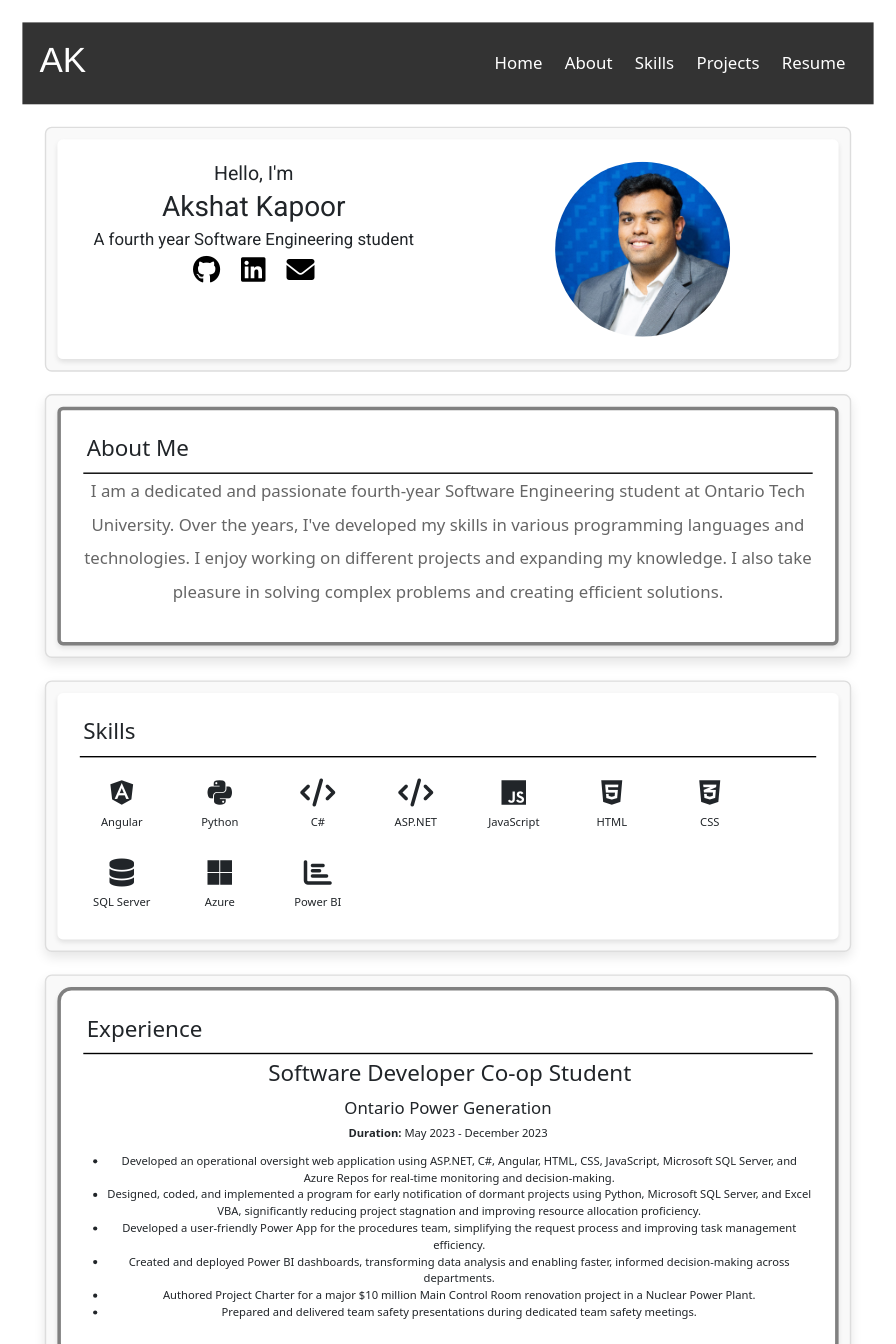
Repository: AkshatKapo/My-Portfolio
Page: /
These files come from the project's save history. The page is drawn as it stood at one moment and after a run of saves; the edit follows.
The browser window is 1280 px wide. The pictures show the part of the page from y = 0 to 1920 px (the page is 3269 px tall), at 70% of full size.
The project was rebuilt for these pictures with package versions that can differ from the ones it lists, and the page was loaded fresh each time. Also part of the build but not shown: vite.config.js.

Above is the page before, as saved 2024-06-18 09:54:52.

### index.html
<!DOCTYPE html>
<html lang="en">
  <head>
    <meta charset="UTF-8" />
    <link rel="stylesheet" href="https://cdnjs.cloudflare.com/ajax/libs/font-awesome/6.0.0-beta3/css/all.min.css">
    <link rel="stylesheet" href="https://maxcdn.bootstrapcdn.com/bootstrap/4.5.2/css/bootstrap.min.css">

    <meta name="viewport" content="width=device-width, initial-scale=1.0" />
    <title>Vite + React</title>
  </head>
  <body>
    <div id="root"></div>
    <script type="module" src="/src/main.jsx"></script>
  </body>
</html>

### src/main.jsx
import React from 'react'
import ReactDOM from 'react-dom/client'
import App from './App'
import './index.css'
import 'bootstrap/dist/css/bootstrap.min.css';


ReactDOM.createRoot(document.getElementById('root')).render(
  <React.StrictMode>
    <App />
  </React.StrictMode>,
)

### src/App.jsx
import { useEffect } from 'react';
import './App.css';
import Header from './components/Header';
import Home from './components/Home';
import About from './components/About';
import Experience from './components/Experience'; // Corrected import path
import Projects from './components/projects';
import Contact from './components/Contact';
import Skill from './components/skill'
function App() {
  useEffect(() => {
    function reveal() {
      let reveals = document.querySelectorAll(".reveal");// stores all the elements with class reveal into an array

      for (var i = 0; i < reveals.length; i++) { // iterates through reveals array, takes the each element with class reveals
        let windowHeight = window.innerHeight; // gets the height of the view port
        let elementTop = reveals[i].getBoundingClientRect().top;// gets the postion of the element relative to the view port
        let sectionHeight = reveals[i].offsetHeight;// calculates the hieght of the element
        let elementVisible = windowHeight - elementTop > 0 ? windowHeight - elementTop : 0;// calculates the porton  of the element visible(Dstance between the top of the view port  and bottom of visible part of  the element)
        let visibilityRatio = elementVisible / sectionHeight; // Fraction of the element visible

        if (visibilityRatio > 0.5) {  // if the visibility ratio is greater than half then it will make it visible
          reveals[i].classList.add("active");// add class actve to the element to make it visible
        } else { // if its less than 0.5 than it wll not display it or remove the class
          reveals[i].classList.remove("active");
        }
      }
    }

    window.addEventListener("scroll", reveal);// Add scroll as event listenere because wewe want to dsplay elements as user scrolls down

    // Call reveal initially to check the visibility of elements when the component mounts
    reveal();

    // Cleanup function to remove event listener when component unmounts
    return () => {
      window.removeEventListener("scroll", reveal);
    };
  }, []);


  return (
    <div>
      <Header />
      <Home />
      <About />
      <Skill />
      <Experience />
      <Projects />
      <Contact />

    </div>
  );
}

export default App;

/*
Mount: useEffect runs, reveal function defined and called, scroll event listener added.
Scroll: Each scroll triggers the reveal function to recalculate and update element visibility.
Unmount: Cleanup function removes the scroll event listener.
*/

### src/index.css
body {
    font-family: 'Segoe UI', Tahoma, Geneva, Verdana, sans-serif;
    background-color:#ccddff;
    color:black;
    margin: 0;
    padding: 0;
  }


  #root {
    display: flex;
    flex-direction: column;
    min-height: 100vh;
  }

### src/App.css
#root {
  max-width: 1280px;
  margin: 0 auto;
  padding: 2rem;
  text-align: center;
}
.reveal {
  opacity: 0;
  transform: translateY(100px);
  transition: opacity 0.6s ease-out, transform 0.6s ease-out;
}

.reveal.active {
  opacity: 1;
  transform: translateY(0);
}

### src/components/Header.jsx
import React from 'react'
import './Header.css'

const Header = () => {
  return (
    <header>
      <h1 className='title'>AK</h1>
      <nav>
        <ul>
          <li><a href="#home">Home</a></li>
          <li><a href="#about">About</a></li>
          <li><a href="#skills">Skills</a></li>
          <li><a href="#projects">Projects</a></li>
          <li><a href="/Akshat_Kapoor_Resume.pdf">Resume</a></li>
        </ul>
      </nav>
    </header>
  )
}

export default Header

### src/components/Home.jsx
import React from "react";
import "./Home.css";

const Home = () => {
  return (
    <div className="reveal">
      <section id="home">
        <div className="home-content">
          <div className="text-content">
            <h3>Hello, I'm</h3>
            <h1>Akshat Kapoor</h1>
            <h4>A fourth year Software Engineering student</h4>
            <div className="social-icons">
              <a href="https://github.com/yourusername" target="_blank" rel="noopener noreferrer">
                <i className="fab fa-github"></i>
              </a>
              <a href="https://www.linkedin.com/in/yourusername" target="_blank" rel="noopener noreferrer">
                <i className="fab fa-linkedin"></i>
              </a>
              <a href="mailto:youremail@gmail.com" target="_blank" rel="noopener noreferrer">
                <i className="fas fa-envelope"></i>
              </a>
            </div>

          </div>
          <div className="line1"></div>

          <div className="image-content">
            <img
              src="/assets/images/1666144074188.jpeg"
              alt="Akshat Kapoor"
              className="profile-image"
            />
          </div>
        </div>
      </section>
    </div>
  );
};

export default Home;

### src/components/About.jsx
import React from 'react';
import './About.css';

function About() {
  return (
    <section id="about">
      <div id='about-content'>
       <h2>About Me</h2>
       <div className='seperator'>


       </div>
       <p>I am a dedicated and passionate fourth-year Software Engineering student at Ontario Tech University. Over the years, I've developed my skills in various programming languages and technologies. I enjoy working on different projects and expanding my knowledge. I also take pleasure in solving complex problems and creating efficient solutions. </p>
      </div>
    </section>
  );
}

export default About;

### src/components/Experience.jsx
import React from 'react'
import './Experience.css'

const Experience = () => {
  return (
    <div className="reveal">
      <section id="experience">
        <div id="experience-content">
          <h2>Experience</h2>
          <div className="divider1"></div>
          <div>
            <h3>Software Developer Co-op Student</h3>
            <h4>Ontario Power Generation</h4>
            <p>
              <strong>Duration:</strong> May 2023 - December 2023
            </p>
            <ul>
              <li>Developed an operational oversight web application using ASP.NET, C#, Angular, HTML, CSS, JavaScript, Microsoft SQL Server, and Azure Repos for real-time monitoring and decision-making.</li>
              <li>Designed, coded, and implemented a program for early notification of dormant projects using Python, Microsoft SQL Server, and Excel VBA, significantly reducing project stagnation and improving resource allocation proficiency.</li>
              <li>Developed a user-friendly Power App for the procedures team, simplifying the request process and improving task management efficiency.</li>
              <li>Created and deployed Power BI dashboards, transforming data analysis and enabling faster, informed decision-making across departments.</li>
              <li>Authored Project Charter for a major $10 million Main Control Room renovation project in a Nuclear Power Plant.</li>
              <li>Prepared and delivered team safety presentations during dedicated team safety meetings.</li>
            </ul>
          </div>
        </div>
      </section>
    </div>
  )
}

export default Experience

### src/components/projects.jsx
import React from "react";
import "./projects.css";

const projects = () => {
  return (
    <section id="projects">
      <div class="project-list">
        <h2>Projects</h2>
        <div className="seperator"></div>
        <div class="project-row">
          <div class="project">
            <h3>Digit Recognizer</h3>
            <img src="/assets/images/image.jpg"></img>
            <p>
              Developed a PyTorch-based neural network with a four-layer
              feedforward architecture to classify MNIST handwritten digits
              using Python programming language and Machine learning methods.
            </p>
            <a href="/Machine_Learning_Project.pdf" class="Projectbutton">
              View Report
            </a>
            <a href="link-to-project1" class="Projectbutton2">
              View Project
            </a>
          </div>
          <div class="project">
            <h3>Next-Day Date Calculation: Java Test Case Design </h3>
            <img src="/assets/images/date.jpg"></img>
            <p>
              Developed a Java program for next-day date calculation, leveraging
              JUnit for systematic testing.{" "}
            </p>
            <a href="/100781511_Akshat_Kapoor_TestDesignAssignment_NextDate.pdf" class="Projectbutton">
              View Report
            </a>
            <a href="link-to-project1" class="Projectbutton2">
              View Project
            </a>
          </div>
        </div>
        <div class="project-row">
          <div class="project">
            <h3>Camera Motoin Sensor System</h3>
            <img src="/assets/images/moton sensor.jpg"></img>
            <p>
              Developed a software project management project related to a
              camera motion sensor system, which includes creating project plans and techncal documents.
            </p>
            <a href="/SPM_Project.pdf" class="Projectbutton">
              View Report
            </a>
            <a href="link-to-project1" class="Projectbutton2">
              View Project
            </a>
          </div>
          <div class="project">
            <h3>Course Registeration Website</h3>
            <img src="/assets/images/coursespage.jpg"></img>
            <p>
              Developed a university course registration website,
              meeting deadlines and objectives using HTML, CSS, JavaScript,
              Bootstrap, PHP, and SQL for design and functionality.
            </p>
            <a href="/Data_Report.pdf" class="Projectbutton">
              View Report
            </a>
            <a href="link-to-project1" class="Projectbutton2">
              View Project
            </a>
          </div>
        </div>
      </div>
    </section>
  );
};

export default projects;

### src/components/Contact.jsx
import React from "react";
import "./Contact.css";

const Contact = () => {
  return (
    <footer id="footer">
      <div className="footer-content">
        <ul className="footer-icons">
          <li>
            <a
              href="https://github.com/yourusername"
              target="_blank"
              rel="noopener noreferrer"
            >
              <i className="fab fa-github"></i>
            </a>
          </li>
          <li>
            <a
              href="https://www.linkedin.com/in/yourusername"
              target="_blank"
              rel="noopener noreferrer"
            >
              <i className="fab fa-linkedin"></i>
            </a>
          </li>
          <li>
            <a
              href="mailto:youremail@gmail.com"
              target="_blank"
              rel="noopener noreferrer"
            >
              <i className="fas fa-envelope"></i>
            </a>
          </li>
        </ul>

      </div>
      <p className="footer-copy">© 2024 Akshat Kapoor</p>
    </footer>
  );
};

export default Contact;

### src/components/skill.jsx
import React from 'react'
import './skill.css'

const skills = [
    { name: "Angular", icon: "fab fa-angular" },
    { name: "Python", icon: "fab fa-python" },
    { name: "C#", icon: "fas fa-code" },
    { name: "ASP.NET", icon: "fas fa-code" },
    { name: "JavaScript", icon: "fab fa-js" },
    { name: "HTML", icon: "fab fa-html5" },
    { name: "CSS", icon: "fab fa-css3-alt" },
    { name: "SQL Server", icon: "fas fa-database" },
    { name: "Azure", icon: "fab fa-microsoft" },
    { name: "Power BI", icon: "fas fa-chart-bar" },
  ];

function skill() {
  return (
    <div className="reveal">
      <section id="skills">
        <div className="skills-content">
          <h2>Skills</h2>
          <div className="separator"></div>
          <div className="skills-list">
            {skills.map((skill) => (
              <div className="skill" key={skill.name}>
                <i className={skill.icon}></i>
                <p>{skill.name}</p>
              </div>
            ))}
          </div>
        </div>
      </section>
    </div>
  )
}

export default skill

### src/components/Header.css
header {
  background-color: #333;
  color: white;
  padding: 2%;
  display: flex;
  justify-content: space-between;
  align-items: center;

    /* text-align: center; */
  }
  .title {
    font-family: 'Helvetica', sans-serif;
    font-size: 50px;
    background:white;
    -webkit-background-clip: text;
    color: transparent;
  }


  nav ul {
    list-style-type: none;
    padding: 0;
    margin: 0;
    display: flex;
  }

  nav ul li {
    margin: 0 1rem;
  }

  nav ul li a {
    color: white;
    text-decoration: none;
    font-size: 150%;
  }

### src/components/Home.css
@import url('https://fonts.googleapis.com/css2?family=Roboto:wght@300;400;700&display=swap');

#home {
  padding: 1rem;
  display: flex;
  justify-content: center;
  align-items: center;
  background-color: #f9f9f9;
  border: 2px solid #ddd; /* Light border */
  border-radius: 10px; /* Rounded corners */
  margin: 2rem; /* Margin to ensure it doesn’t touch the edges of the container */
}

.home-content {
  display: flex;
  justify-content: space-between;
  width: 100%;
  max-width: 1200px; /* Adjust the max-width as needed */
  background: #fff; /* Background for the content */
  padding: 2rem; /* Padding around the content */
  box-shadow: 0 4px 8px rgba(0, 0, 0, 0.1); /* Shadow for styling */
  border-radius: 8px; /* Rounded corners */

}

.text-content {
  flex: 1;
  padding-right: 1rem;
  font-family: 'Roboto', sans-serif;
}

.text-content h2 {
  font-size: 2.5rem; /* Adjust the font size as needed */
  font-weight: 900;
  color: #333;
  margin-bottom: 1rem;
}

.text-content p {
  font-size: 1rem; /* Adjust the font size as needed */
  line-height: 1.6; /* Adjust the line height as needed */
  color: #666;
  font-weight: 300;
}

.image-content {
  flex: 1;
  display: flex;
  justify-content: center;
}

.profile-image {
  width: 250px;
  height: 250px;
  border-radius: 50%;
  object-fit: cover;
}

.social-icons {
  display: flex;
  gap: 30px; /* Adjust the spacing between icons */
  justify-content: center;
}

.social-icons a {
  color: #000; /* Change the color if needed */
  text-decoration: none;
}

.social-icons .icon {
  width: 40px; /* Adjust the size of the icons */
  height: 40px; /* Adjust the size of the icons */
}

.social-icons i {
  font-size: 40px; /* Adjust the size of the font-awesome icons */
}

/* Add hover effect if desired */
.social-icons a:hover {
  opacity: 0.7; /* Example hover effect */
}

.line1 {
  border-left: 2px solid black;
  height: 100%; /* Set to the desired height */
  margin: 0 20px; /* Adjust as needed to create space around the line */
}

### src/components/About.css
#about {
  padding: 1rem;
  display: flex;
  background-color: #f9f9f9;
  border: 2px solid #ddd; /* Light border */
  border-radius: 10px; /* Rounded corners */
  box-shadow: 0 8px 16px rgba(0, 0, 0, 0.1); /* Shadow for depth */
  margin: 2rem; /* Margin to ensure it doesn’t touch the edges of the container */



}
#about-content {
  display: table-column;
  justify-content: space-between;
  width: 100%;
  max-width: 1200px; /* Adjust the max-width as needed */
  background: #fff; /* Background for the content */
  padding: 2rem; /* Padding around the content */
  box-shadow: 0 4px 8px rgba(0, 0, 0, 0.1); /* Shadow for styling */
  border-radius: 8px; /* Rounded corners */
}


#about h2 {
  font-size: 2rem;
  text-align: left; /* This will align the heading to the left */
  margin-bottom: 1rem; /* Adding some space between the heading and the paragraph */
  margin-top: 0.2rem;
  margin-left: 0.3rem;


}
.seperator {
  border-top: 2px solid black;
  width: 100%; /* Adjust as needed */
  margin: 20px 3; /* Adjust as needed */
}

#about p {
  font-size: 1.5rem; /* Adjust the font size as needed */
  line-height: 2; /* Adjust the line height as needed */
  color: #666;
  font-weight: 300;
  }
#about {
  padding: 1rem;
  display: flex;
  background-color: #f9f9f9;
  border: 2px solid #ddd; /* Light border */
  border-radius: 10px; /* Rounded corners */
  box-shadow: 0 8px 16px rgba(0, 0, 0, 0.1); /* Shadow for depth */
  margin: 2rem; /* Margin to ensure it doesn’t touch the edges of the container */



}
#about-content {
  display: table-column;
  justify-content: space-between;
  width: 100%;
  max-width: 1200px; /* Adjust the max-width as needed */
  background: #fff; /* Background for the content */
  padding: 2rem; /* Padding around the content */
  box-shadow: 0 4px 8px rgba(0, 0, 0, 0.1); /* Shadow for styling */
  border-radius: 8px; /* Rounded corners */
  border: 5px solid grey

}


#about h2 {
  font-size: 2rem;
  text-align: left; /* This will align the heading to the left */
  margin-bottom: 1rem; /* Adding some space between the heading and the paragraph */
  margin-top: 0.2rem;
  margin-left: 0.3rem;


}
.seperator {
  border-top: 2px solid black;
  width: 100%; /* Adjust as needed */
  margin: 20px 3; /* Adjust as needed */
}

#about p {
  font-size: 1.5rem; /* Adjust the font size as needed */
  line-height: 2; /* Adjust the line height as needed */
  color: #666;
  font-weight: 300;
  }

### src/components/Experience.css
#experience {
  padding: 1rem;
  display: flex;
  background-color: #f9f9f9;
  border: 2px solid #ddd; /* Light border */
  border-radius: 10px; /* Rounded corners */
  box-shadow: 0 8px 16px rgba(0, 0, 0, 0.1); /* Shadow for depth */
  margin: 2rem; /* Margin to ensure it doesn’t touch the edges of the container */
  }
  #experience-content{
    display: table-column;
    justify-content: space-between;
    width: 100%;
    max-width: 1200px; /* Adjust the max-width as needed */
    background: #fff; /* Background for the content */
    padding: 2rem; /* Padding around the content */
    box-shadow: 0 4px 8px rgba(0, 0, 0, 0.1); /* Shadow for styling */
    border-radius: 20px; /* Rounded corners */
    border: 5px solid grey;
  }
  #experience h2 {
    font-size: 2rem;
    text-align: left; /* This will align the heading to the left */
    margin-bottom: 1rem; /* Adding some space between the heading and the paragraph */
    margin-top: 0.2rem;
    margin-left: 0.3rem;

  }
  .divider1 {
    border-top: 2px solid black;
    width: 100%; /* Adjust as needed */
    margin: 20px 3; /* Adjust as needed */
  }
  #experience h3 {
    font-size: 2rem;
    text-align: center;
    margin-bottom: 1rem; /* Adding some space between the heading and the paragraph */
    margin-top: 0.5rem;
    margin-left: 0.3rem;

  }
  .experience-content ul {
    list-style-type: disc; /* or another type of bullet, like circle or square */
    margin-left: 20px;
  }

  .experience-content li {
    margin-bottom: 10px;
  }

### src/components/Contact.css
#footer {
  background-color: #333;
  padding: 1rem 0;
  text-align: center;
  color: white;
}

.footer-content {
  display: flex;
  justify-content: center;
  align-items: center;
  margin-bottom: 1rem;
}

.footer-icons {
  list-style: none;
  padding: 0;
  margin: 0;
  text-align: center;
}

.footer-icons li {
  display: inline-block;
  margin: 0 20px; /* Increased margin for more gap between icons */
}

.footer-icons li a {
  color: grey; /* Change color as needed */
  font-size: 40px; /* Adjust size as needed */
  text-decoration: none;
}

.footer-icons li a:hover {
  color: #007bff; /* Change color on hover as needed */
}
.footer-copy {
  margin-top: 1rem;
  font-size: 16px;
  color: #aaa;
}

### src/components/skill.css
#skills {
  padding: 1rem;
  display: flex;
  background-color: #f9f9f9;
  border: 2px solid #ddd; /* Light border */
  border-radius: 10px; /* Rounded corners */
  box-shadow: 0 8px 16px rgba(0, 0, 0, 0.1); /* Shadow for depth */
  margin: 2rem; /* Margin to ensure it doesn’t touch the edges of the container */
}

.skills-content {
  display: table-column;
  justify-content: space-between;
  width: 100%;
  max-width: 1200px; /* Adjust the max-width as needed */
  background: #fff; /* Background for the content */
  padding: 2rem; /* Padding around the content */
  box-shadow: 0 4px 8px rgba(0, 0, 0, 0.1); /* Shadow for styling */
  border-radius: 8px; /* Rounded corners */
}

.skills-list {
  display: flex;
  flex-wrap: wrap;
  gap: 20px;
}

#skills h2 {
  font-size: 2rem;
  text-align: left; /* This will align the heading to the left */
  margin-bottom: 1rem; /* Adding some space between the heading and the paragraph */
  margin-top: 0.2rem;
  margin-left: 0.3rem;
}

.skill {
  display: flex;
  flex-direction: column;
  align-items: center;
  width: 100px;
  margin: 10px;
}

.skill i {
  font-size: 40px;
  margin-bottom: 10px;
}

.skill p {
  font-size: 16px;
  margin: 0;
}

.separator {
  height: 2px;
  width: 100%; /* Set to 100% to fill the parent container */
  background-color: #000;
  margin: 10px auto 20px;
}

Loaded but not shown: src/components/projects.css (103 lines, source omitted)

After the next 5 saves:
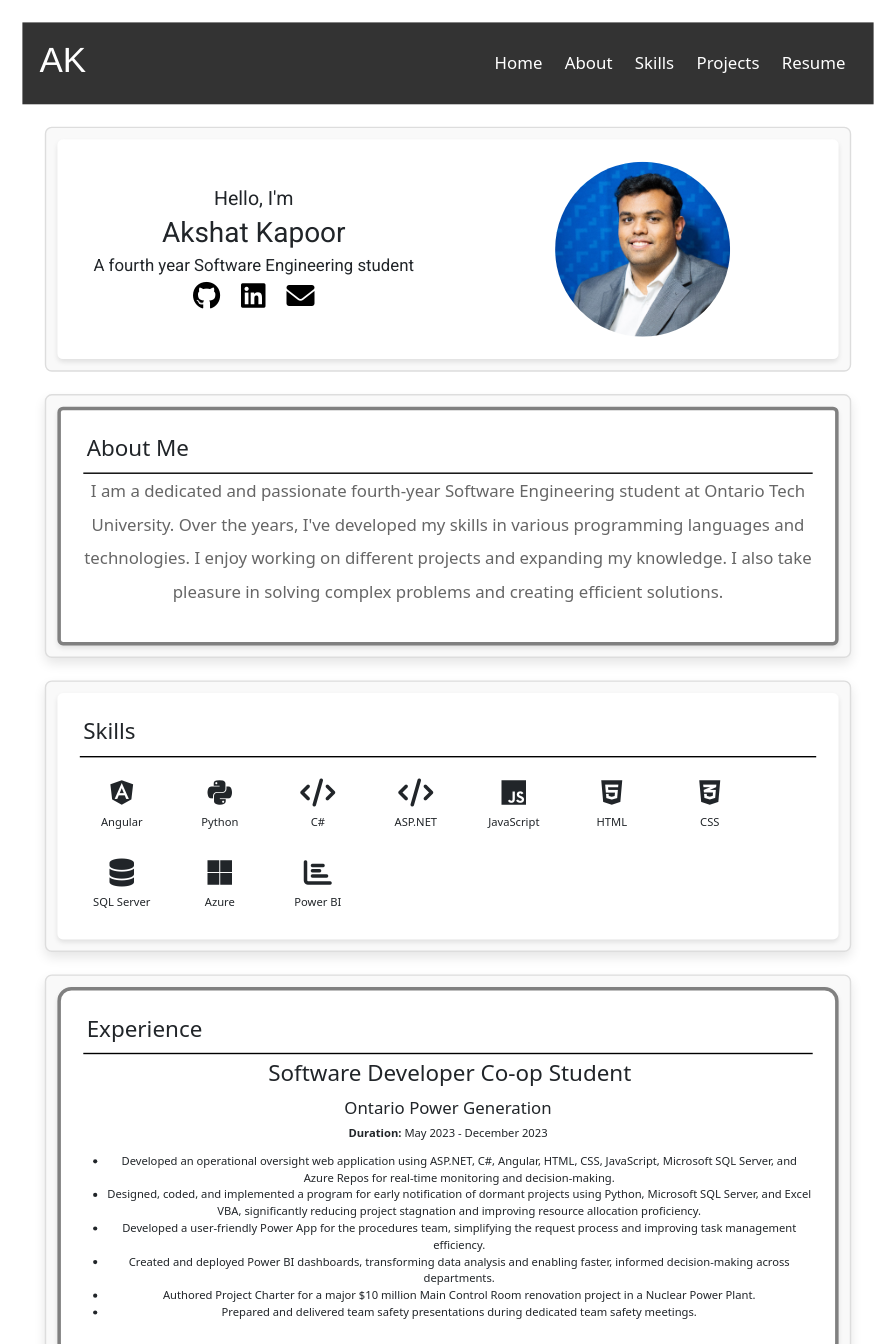
The 5 saves are shown as one change because they came seconds apart.
The last was saved 2 min 0 s later.
--- a/src/components/Home.css
+++ b/src/components/Home.css
@@ -13,7 +13,7 @@
 
 .home-content {
   display: flex;
-  justify-content: space-between;
+  align-items: center;
   width: 100%;
   max-width: 1200px; /* Adjust the max-width as needed */
   background: #fff; /* Background for the content */
